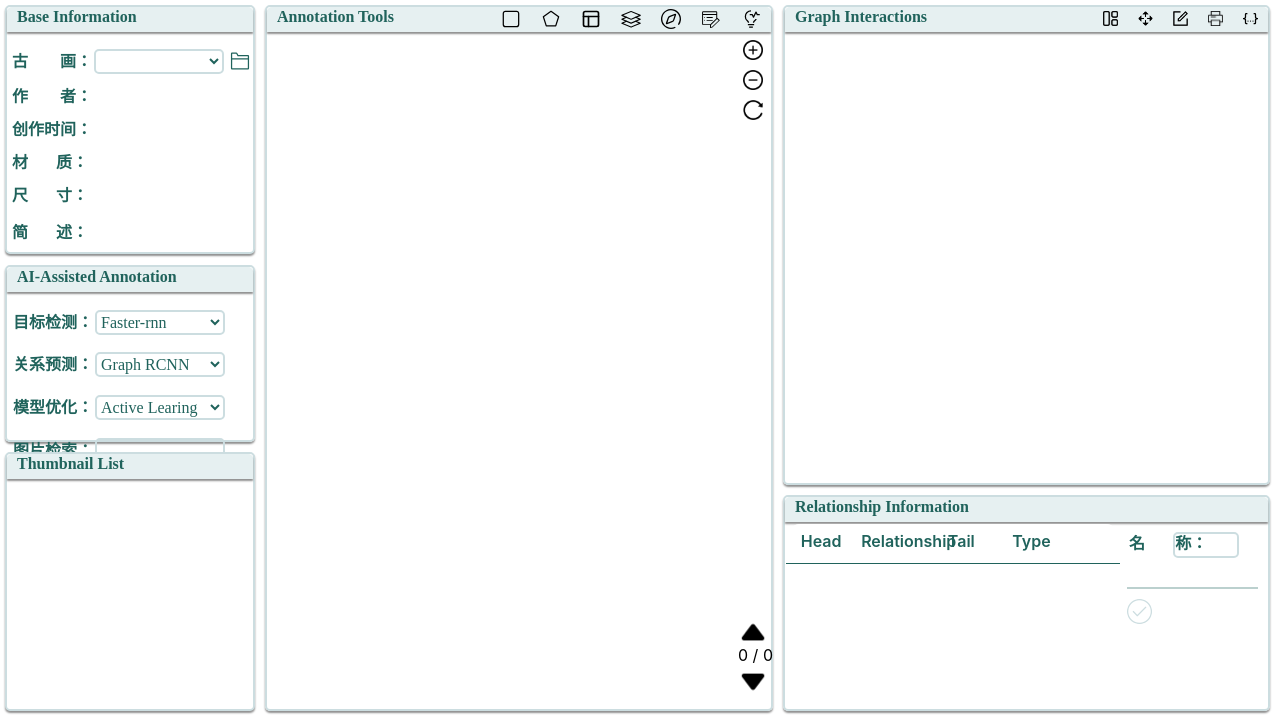
Repository: cailbh/ImageLabelTool
Page: /
These files come from the project's save history. The page is drawn as it stood at one moment and after the next save; the edit follows.
The browser window is 1280 px wide. The pictures show the whole page.
The project was rebuilt for these pictures with package versions that can differ from the ones it lists, and the page was loaded fresh each time.

Above is the page before, as saved 2022-11-14 22:51:46.

After the next save:
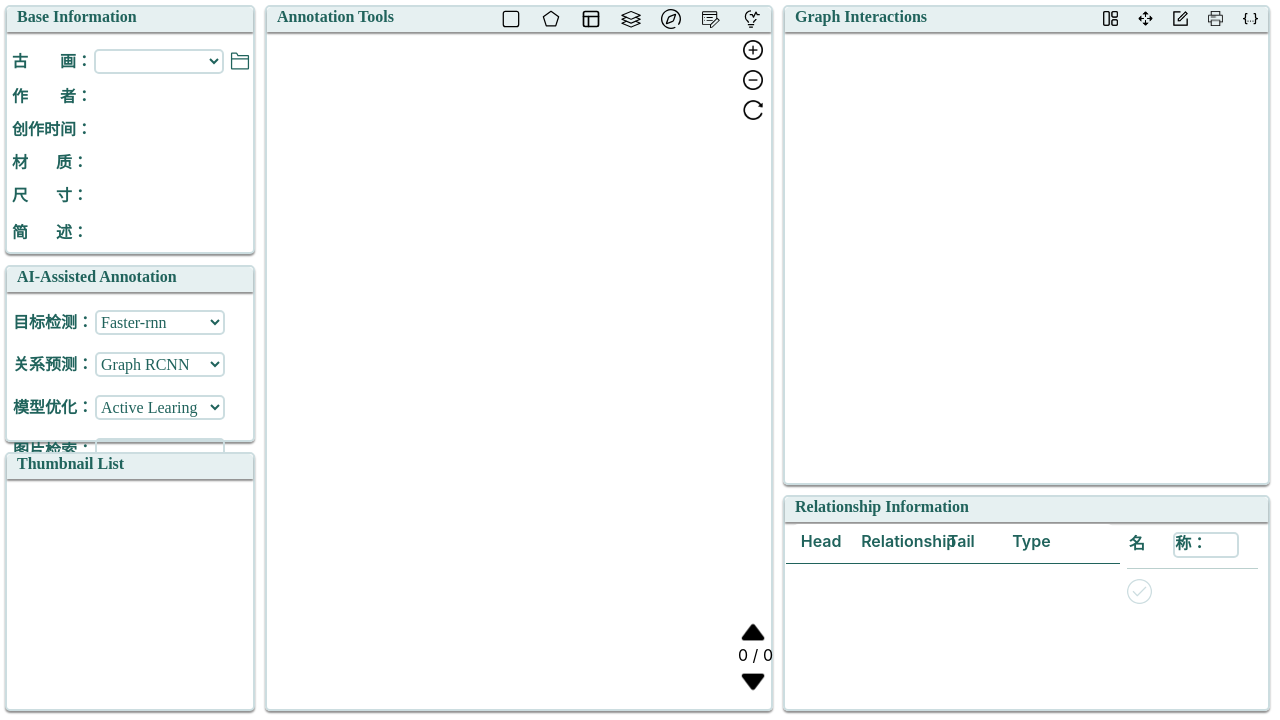
Saved 19 s later.
--- a/src/component/AttributeInput/index.css
+++ b/src/component/AttributeInput/index.css
@@ -1,7 +1,7 @@
 .nameInput{
     margin: 5px;
-    height: 60px;
-    border-bottom: 2px rgba(32,99,92,0.3) solid;
+    height: 40px;
+    border-bottom: 1px rgba(32,99,92,0.3) solid;
 }
 .contain{
     height: 100%;
